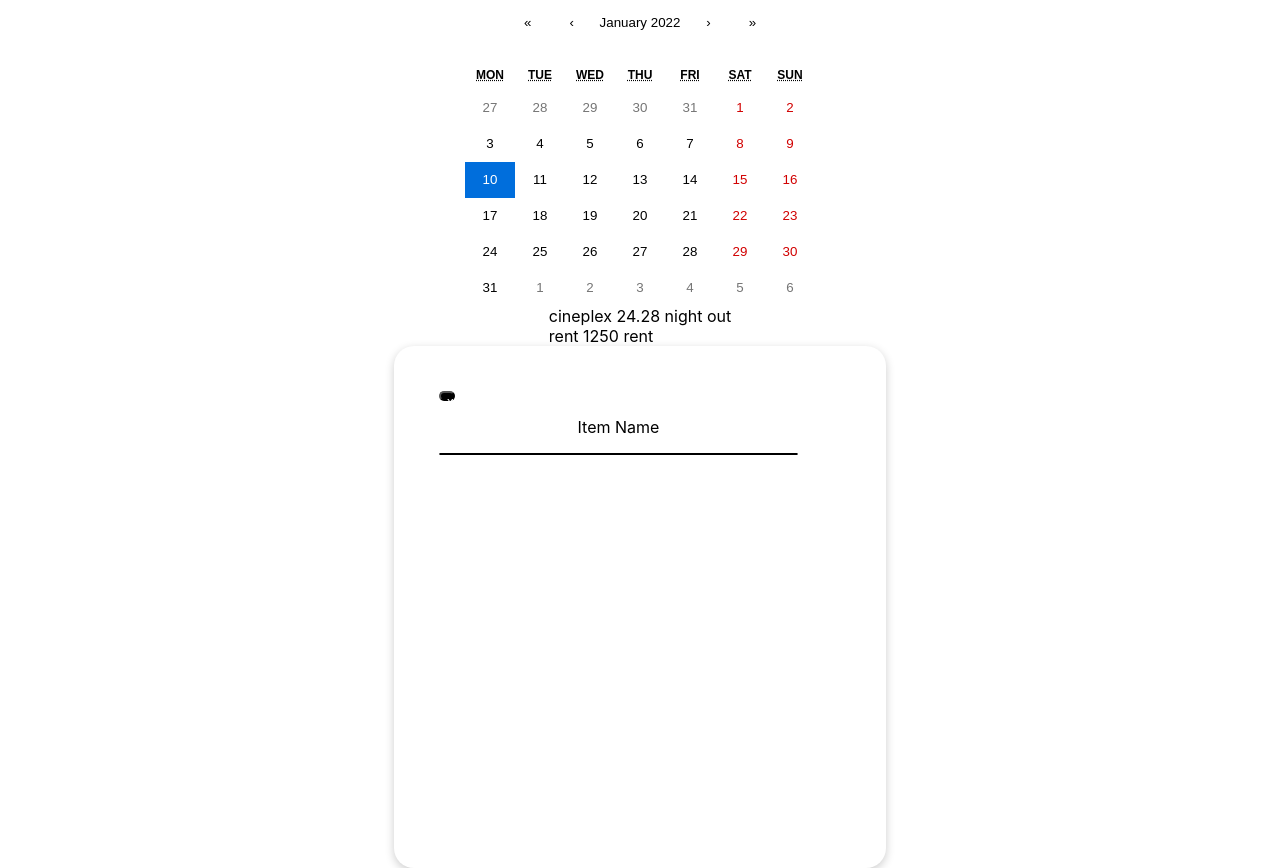
Repository: julianm09/expense-tracker
Page: /
An editor plug-in stored every save of this project. The page is shown before and after the next save, followed by the edit.
The browser window is 1280 px wide. The pictures show the whole page.
The project was rebuilt for these pictures with package versions that can differ from the ones it lists, and the page was loaded fresh each time. The framework's server and built-in components were replaced by stand-ins that run in the browser. Also part of the build but not shown: next.config.js.

Above is the page before, as saved 2022-01-10 14:59:04.

After the next save:
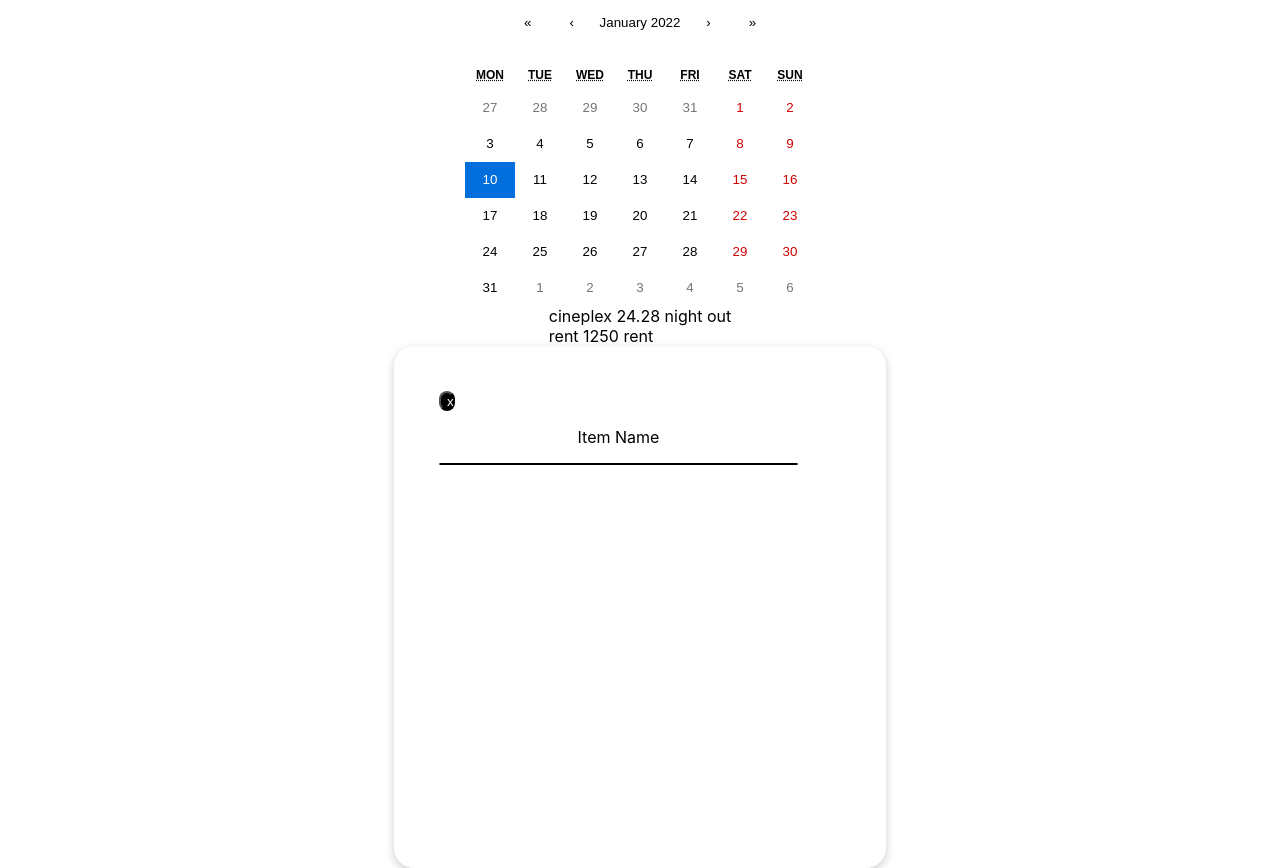
Saved 15 s later.
--- a/comps/popup.js
+++ b/comps/popup.js
@@ -15,7 +15,7 @@ const XButton = styled.button`
   border-radius: 50px;
   background-color: #000;
   width: 10px;
-  height: 10px;
+  height: 20px;
   color: #fff;
 `;
 
